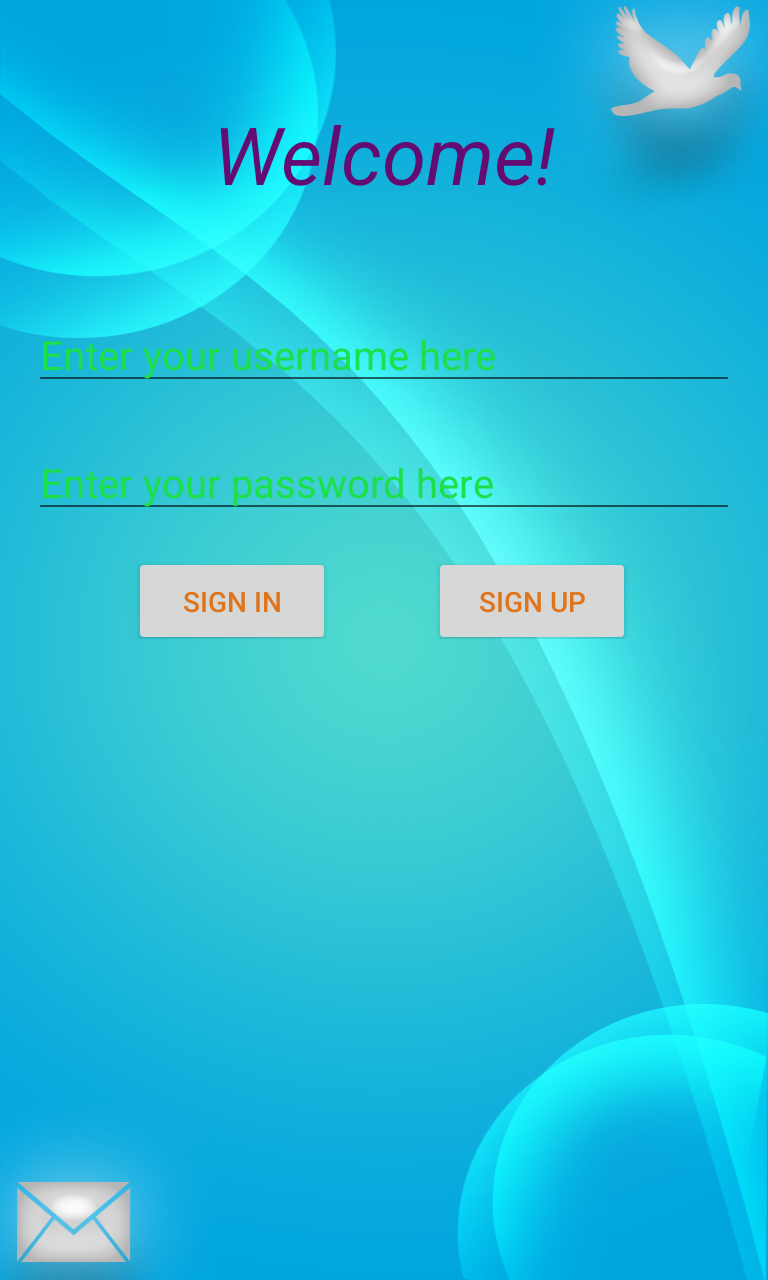
Repository: JodyCoolit/android
Layout: Delivery/res/layout/activity_login.xml
These files come from the project's save history. The layout is drawn as it stood at one moment and after the next save; the edit follows.
It is drawn on a 768 x 1280 px phone screen (xhdpi) without system bars, with theme AppTheme; the app's code is not run.

Above is the layout before, as saved 2014-08-22 06:44:49.

After the next save:
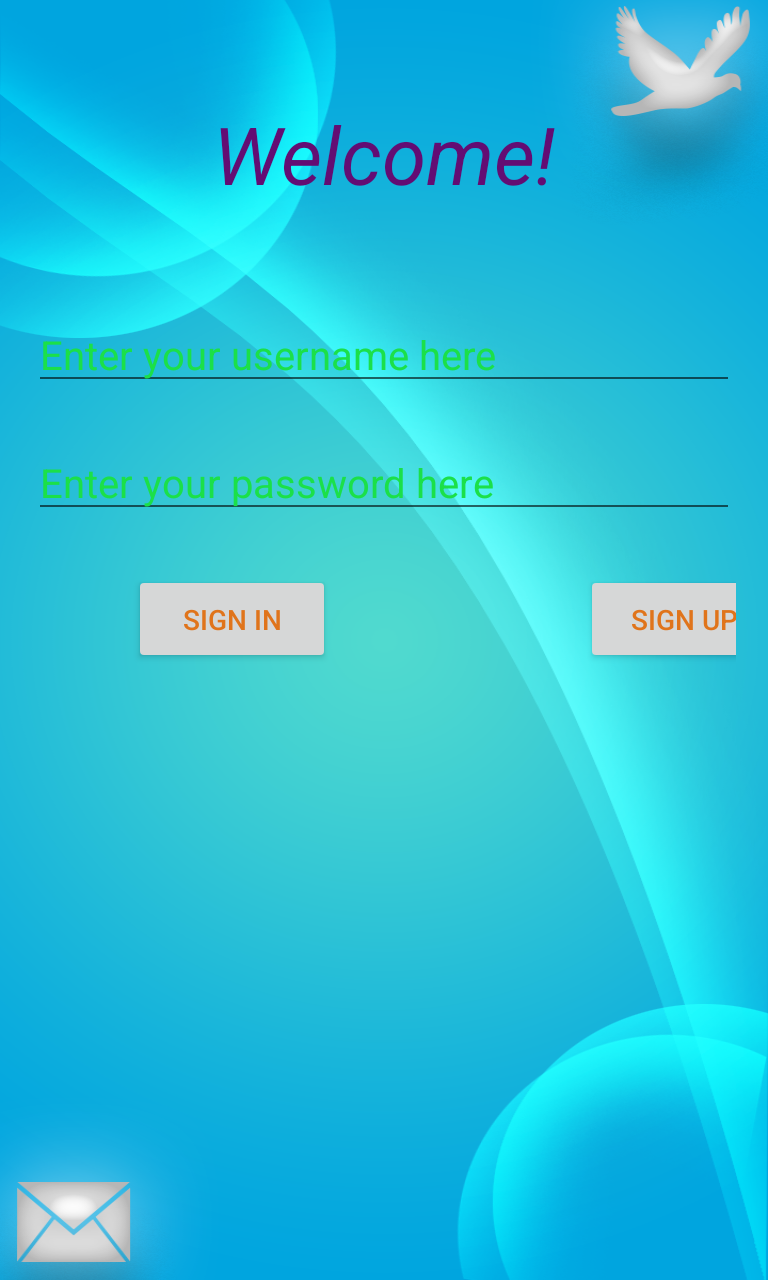
Saved 51 s later.
--- a/Delivery/res/layout/activity_login.xml
+++ b/Delivery/res/layout/activity_login.xml
@@ -49,6 +49,13 @@
 	        android:layout_height="wrap_content"
 	        android:layout_gravity="center"
 	        android:text="@string/btn_signin" />
+
+        <ProgressBar
+        android:id="@+id/pb_login"
+        style="?android:attr/progressBarStyleLarge"
+        android:layout_width="wrap_content"
+        android:layout_height="wrap_content" />
+
      	<Button
          	android:id="@+id/btn_signup"
 	        android:textColor="#E0741B"
@@ -60,10 +67,4 @@
 	        android:text="@string/btn_signup" />
     </LinearLayout>
 
-    <ProgressBar
-        android:id="@+id/pb_login"
-        style="?android:attr/progressBarStyleLarge"
-        android:layout_width="wrap_content"
-        android:layout_height="wrap_content" />
-
 </LinearLayout>
